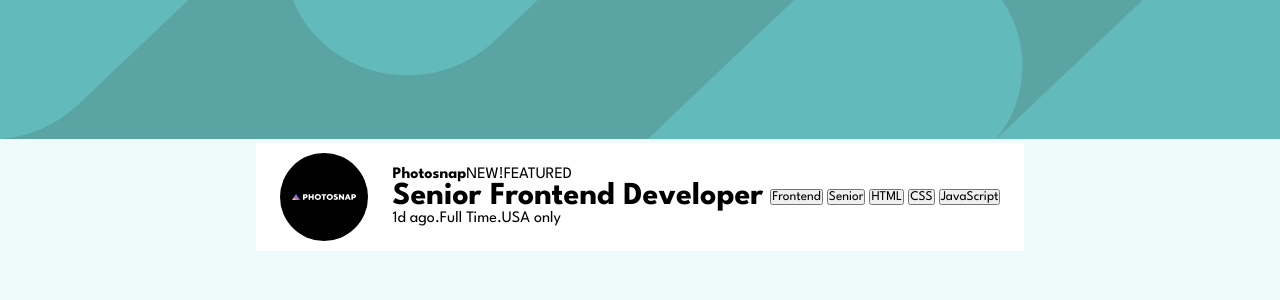
Repository: Eldream12/JobListing
Page: index.html
An editor plug-in stored every save of this project. The page is shown before and after the next save, followed by the edit.
The browser window is 1280 px wide. The pictures show the whole page.

Above is the page before, as saved 2025-03-31 11:16:37.

After the next save:
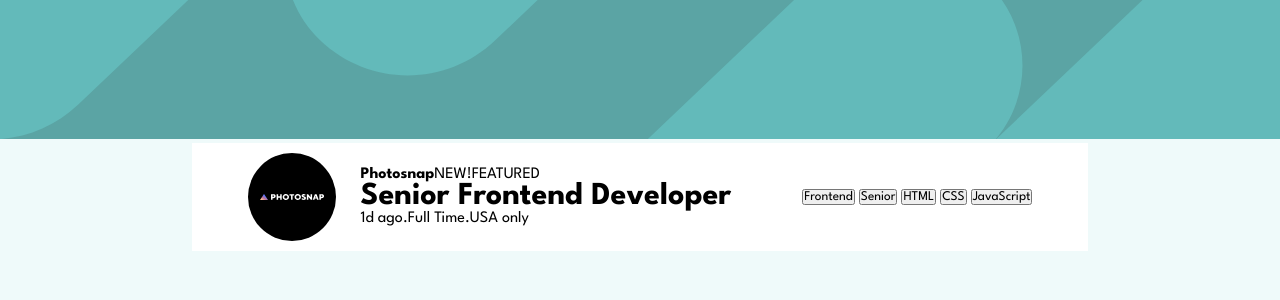
Saved 9 s later.
--- a/style/style.css
+++ b/style/style.css
@@ -21,7 +21,7 @@ header img {
 	background-color: #ffffff;
 	align-items: center;
 	justify-content: space-around;
-	max-width: 60%;
+	max-width: 70%;
 	margin: auto;
   padding: 10px 20px 10px 20px;
 }
